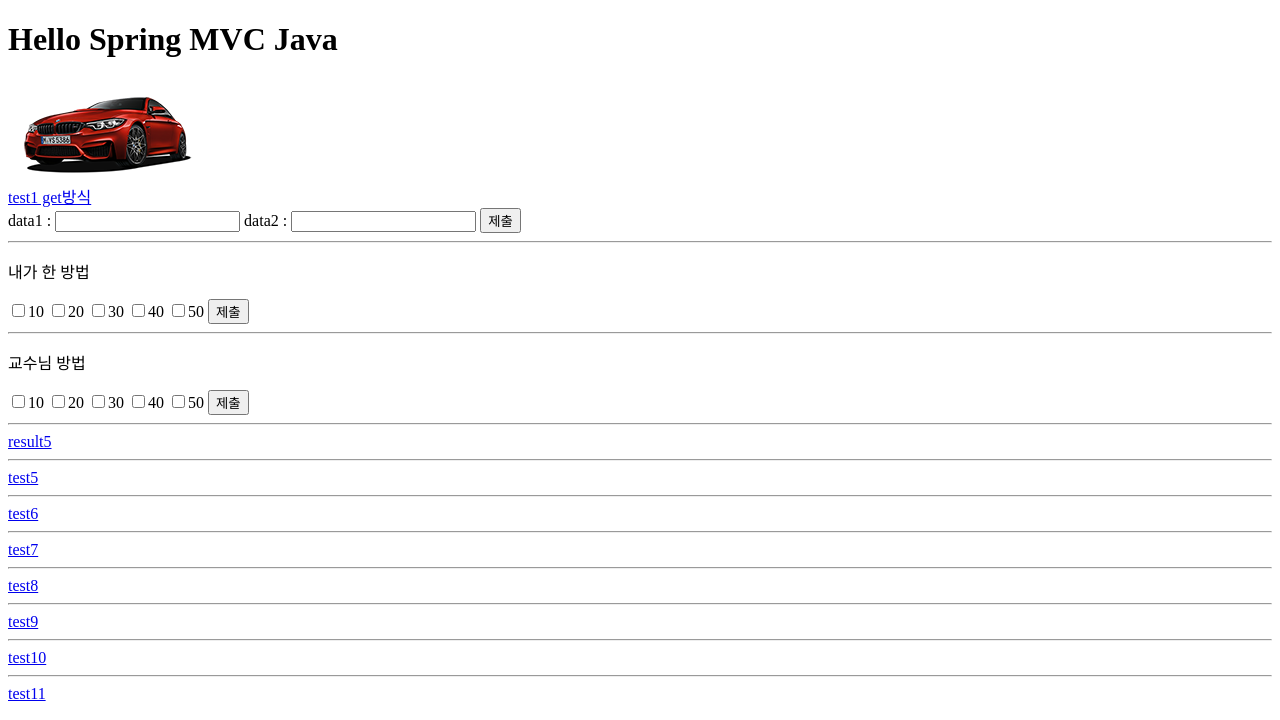
Repository: kangseongwuk/Spring
Page: http://localhost/WebSpringSample3_parameter/WEB-INF/views/index.jsp
These files come from the project's save history. The page is drawn as it stood at one moment and after the next save; the edit follows.
The browser window is 1280 px wide. The pictures show the whole page.
The page is served by Tomcat 9. Nobody is signed in. Other server files are loaded and not shown. The template is opened directly, without the code that normally fills it, so the values that code supplies are empty.

Above is the page before, as saved 2022-10-11 06:54:58.
Console error: TypeError: Cannot read properties of null (reading 'checked')

### WebSpringSample3_parameter/src/main/webapp/WEB-INF/views/index.jsp
<%@ page language="java" contentType="text/html; charset=UTF-8"
    pageEncoding="UTF-8"%>
<!DOCTYPE html>
<html>
<head>
<meta charset="UTF-8">
<title>Insert title here</title>
<script type="text/javascript">
	if(document.getElementById("data1").checked){
		document.getElementByID("data1_hidden").disabled=true;
	}
	if(document.getElementById("data2").checked){
		document.getElementByID("data2_hidden").disabled=true;
	}
	if(document.getElementById("data3").checked){
		document.getElementByID("data3_hidden").disabled=true;
	}
	if(document.getElementById("data4").checked){
		document.getElementByID("data4_hidden").disabled=true;
	}
	if(document.getElementById("data5").checked){
		document.getElementByID("data5_hidden").disabled=true;
	}
</script>
</head>
<body>
	<h1>Hello Spring MVC Java</h1>
	<img src="image/bmwmodel_205.png"/><br>
	<a href="test1?data1=100&data2=200">test1 get방식</a><br>

	<form action="result2">
		<label>data1 : <input type="text" name=data1></label>
		<label>data2 : <input type="text" name=data2></label>
		<label><input type="submit" value="제출" ></label>
	</form>

	<hr>
	<p>내가 한 방법</p>
	<form action="result3" method="get">
	<input type="checkbox" value="10" name=data1>10
	<input type="hidden" value="0" name=data1 id=data1_hidden/>
	<input type="checkbox" value="20" name=data2>20
	<input type="hidden" value="0" name=data2 id=data2_hidden/>
	<input type="checkbox" value="30" name=data3>30
	<input type="hidden" value="0" name=data3 id=data3_hidden/>
	<input type="checkbox" value="40" name=data4>40
	<input type="hidden" value="0" name=data4 id=data4_hidden/>
	<input type="checkbox" value="50" name=data5>50
	<input type="hidden" value="0" name=data5 id=data5_hidden/>
	<input type="submit" value="제출">
	</form>
	<hr>
	<p>교수님 방법</p>
	<form action="result4" method="get">
	<input type="checkbox" value="10" name=data_3>10
	<input type="checkbox" value="20" name=data_3>20
	<input type="checkbox" value="30" name=data_3>30
	<input type="checkbox" value="40" name=data_3>40
	<input type="checkbox" value="50" name=data_3>50
	<input type="submit" value="제출">
	</form>
	<hr>
	<a href="result5?data1=100&data2=200&data3=300&data4=400&data5=500">result5</a>
	<hr>
	<a href="test5/100/200/300/400/500">test5</a>
	<hr>
	<a href="test6?data1=100&data2=200&data3=300&data4=400&data5=500">test6</a>
	<hr>
	<a href="test7?data1=100&data2=200&data3=300&data4=400&data5=500">test7</a>
	<hr>
	<a href="test8?data1=100&data2=200&data3=300">test8</a>
	<hr>
	<a href="test9?data1=100&data2=200&data3=300">test9</a>
	<hr>
	<a href="test10?data1=100&data2=200&data3=300">test10</a>
	<hr>
	<a href="test11?data1=100&data2=200&data3=300">test11</a>


</body>
</html>

<!--
.요청 방식 지정하기

Spring MVC 는 요청 주소별로 메서드를 정의할 수도 있지만 같은 요청 주소에서 요청 방식에 따라 메서드를 정의할 수도 있습니다.
GET, POST, PUT, DELELTE, PATCH 에 대해 처리할 수 있습니다.

@RequestMapping
RequestMapping 어노테이션은 요청 주소 셋팅 뿐만 아니라 요청 방식도 설정할 수 있습니다.

@RequestMapping(value = "/test1", method = RequestMethod.GET)
public String test1() {
	return "test1";
}

요청 어노테이션

RequestMapping 대신 요청별로 제공되는 어노테이션을 사용할 수도 있습니다.
@GetMapping("/test4")
public String test4() {
	return "test4";
}

@PostMapping("/test5")
public String test5() {
	return "test5";
}


동시에 설정하기

RequestMapping은 요청 방식들을 동시에 설정할 수 있습니다.

@RequestMapping(value = "/test7", method = {RequestMethod.GET, RequestMethod.POST})
public String test7() {
	return "test7";
}
 -->


<!--
 Parameter 추출하기
-------------------------
클라이언트 요청 발생 시 전달하는 파라미터 데이터를 손쉽게 주입 받을 수 있도록 다양한 방식을 제공하고 있습니다.
Spring MVC는 Servlet/JSP 처럼 요청 방식에 따라 파라미터 추출하는 방식이 달라지지는 않습니다.

 - HttpServletRequest 사용하기
 1) Spring MVC는 필요한 객체나 데이터는 주입을 받아 사용하게 됩니다.
 2) Servlet/JSP에서 파라미터 데이터를 추출할 때 HttpServletRequest request 객체를 통하게 되는데
    Spring MVC에서 이 객체를 주입 받아 사용할 수 있습니다.
 3) 파라미터 추출 뿐만 아니라 HttpServletRequest 객체가 필요할 경우 사용하면 됩니다.

	@GetMapping("/test1")
	public String test1(HttpServletRequest request) {

	String data1 = request.getParameter("data1");
	String data2 = request.getParameter("data2");
	String [] data3 = request.getParameterValues("data3");

				… 생략
	}


 - WebRequest 사용하기
   WebRequest는 HttpServletRequest 클래스를 확장한 클래스입니다.

  @GetMapping("/test3")
   public String test3(WebRequest request) {

   String data1 = request.getParameter("data1");
   String data2 = request.getParameter("data2");
   String [] data3 = request.getParameterValues("data3");

   				 …생략…
   }


 - @PathVariable
     데이터가 요청 주소에 있을 경우 값을 주입 받을 수 있는 어노테이션입니다.
   Restful API 서버 프로그래밍시 많이 사용하는 방식입니다.
            데이터1/2/3
      요청주소/값1/값2/값3

	형 변환
	@GetMapping("/test4/{data1}/{data2}/{data3}")
	public String test4(@PathVariable int data1,
					    @PathVariable int data2,
			 			@PathVariable int data3) {
			 	.........
	}

- @RequestParam
	1) 파라미터 데이터를 직접 주입 받을 수 있습니다.
	2) 지정된 변수의 이름과 파라미터의 이름이 같을 경우 값을 주입 받습니다.
	3) 가능한 경우 형 변환도 처리해줍니다.
	4) value : 파라미터의 이름과 변수의 이름이 다를 경우 파라미터 이름을 지정합니다.
	5) required : false를 설정하면 지정된 이름의 파라미터가 없을 경우 null이 주입되고,
		있으면 넘어온 값으로 됩니다.(문자인 경우)
	6) (defaultValue = "0")설정하면 기본값으로 설정되고,  있으면 넘어온 값으로 됩니다.

	@GetMapping("/test7")
	public String test7(@RequestParam(value = "data1") String value1,
			  @RequestParam(value = "data2", required = false) String value2,
			  @RequestParam(value = "data3", defaultValue = "default") String value3) {

			  ..........
	 }

 -->

<!--
★★★★★★★★★★★★★★★★★★★★★★★★★★★★★★★★★★★★★★★★★★★★★★★★★★★★★★★★★★★★★★★★★★
★★★★★★★★★★★★★★★★★★★★★★★★★★★★★★★★★★★★★★★★★★★★★★★★★★★★★★★★★★★★★★★★★★
★★★★★★★★★★★★★★★★★★★★★★★★★★★★★★★★★★★★★★★★★★★★★★★★★★★★★★★★★★★★★★★★★★
★★★★★★★★★★★★★★★★★★★★★★★★★★★★★★★★★★★★★★★★★★★★★★★★★★★★★★★★★★★★★★★★★★
객체로 파라미터 주입받기
-----------------------------
 - Map으로 주입 받기
 1) 클라이언트가 전달 하는 모든 파라미터 데이터를 한번에 Map으로 받을 수 있습니다.
 2) 단, 동일 명으로 전달되는 2개 이상의 파라미터는 하나만 담기게 됩니다.
 3) 동일명으로 전달되는 파라미터가 2개 이상이라면 List로 주입 받아야 합니다.

  public String test1(@RequestParam Map<String, String> map,
		  @RequestParam List<String> data3) {

	}

 - @ModelAttribute
  1) ModelAttribute 어노테이션을 사용하면 파라미터를 객체로 주입받을 수 있습니다.
  2) 전달되는 파라미터의 이름과 동일한 프로퍼티에 자동으로 주입됩니다.
  3) 이 어노테이션은 생략이 가능합니다. 이러한 객체를 커맨드 객체(Command Object)라고 부릅니다.

  public String test2(@ModelAttribute DataBean1 bean1,
		      @ModelAttribute DataBean2 bean2) {

  } -->

After the next save:
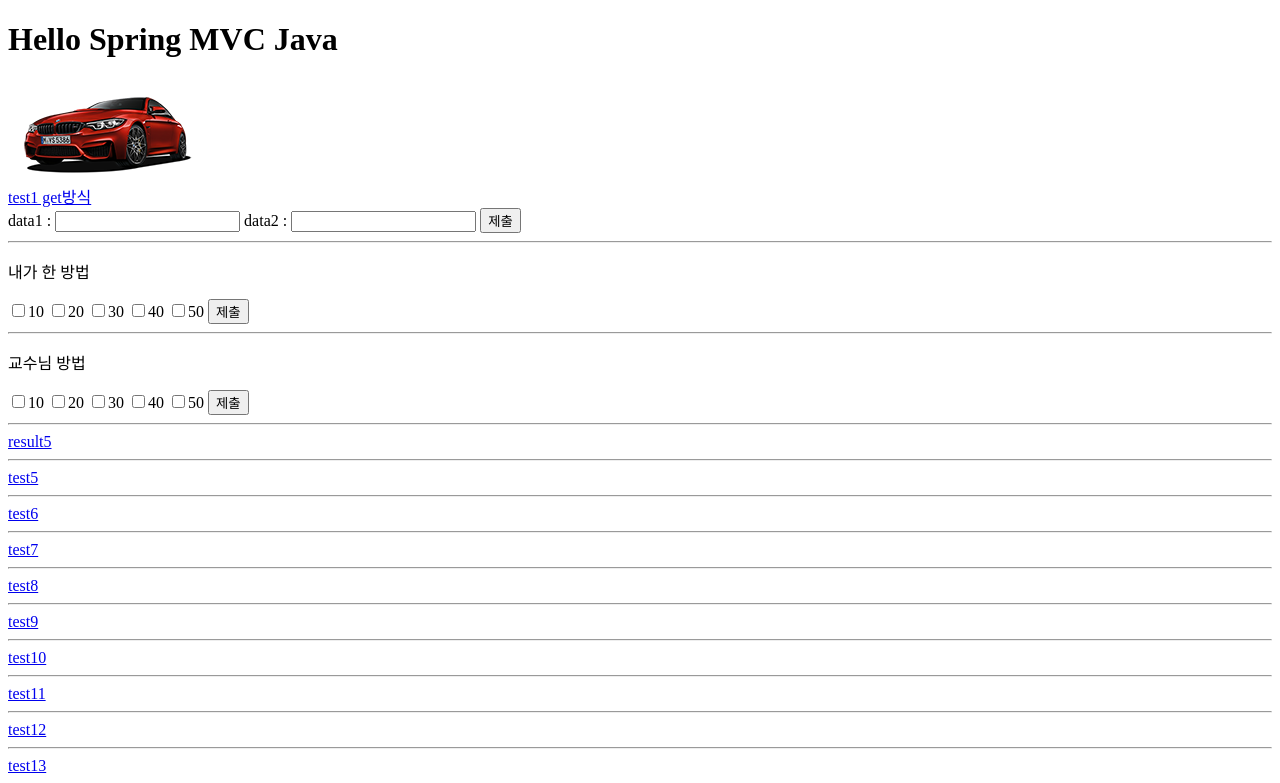
Saved 6 min 23 s later.
--- a/WebSpringSample3_parameter/src/main/webapp/WEB-INF/views/index.jsp
+++ b/WebSpringSample3_parameter/src/main/webapp/WEB-INF/views/index.jsp
@@ -75,6 +75,10 @@
 	<a href="test10?data1=100&data2=200&data3=300">test10</a>
 	<hr>
 	<a href="test11?data1=100&data2=200&data3=300">test11</a>
+	<hr>
+	<a href="test12?data1=100&data2=200&data3=300">test12</a>
+	<hr>
+	<a href="test13?data1=100&data2=200&data3=300">test13</a>
 
 
 </body>
